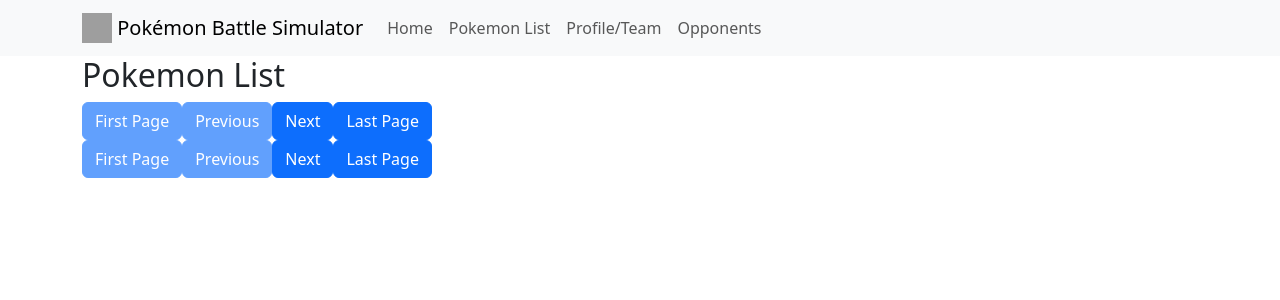
Repository: chsbca/Pokemon-Battle-Simulator
Page: /pokemon_list/ (app in front-end/)
An editor plug-in stored every save of this project. The page is shown before and after the next save, followed by the edit.
The browser window is 1280 px wide. The pictures show the whole page.
Pictures or frames that could not be fetched are drawn as grey boxes. The page's requests for data from a server got no answer. The project was rebuilt for these pictures with package versions that can differ from the ones it lists, and the page was loaded fresh each time. No one was signed in, and anything a server would have sent is missing. Also part of the build but not shown: front-end/vite.config.js, front-end/src/pages/Error404Page.jsx, front-end/src/pages/HomePage.jsx, front-end/src/pages/ProfilePage.jsx, front-end/src/pages/OpponentsPage.jsx.

Above is the page before, as saved 2024-04-11 11:57:43.

After the next save:
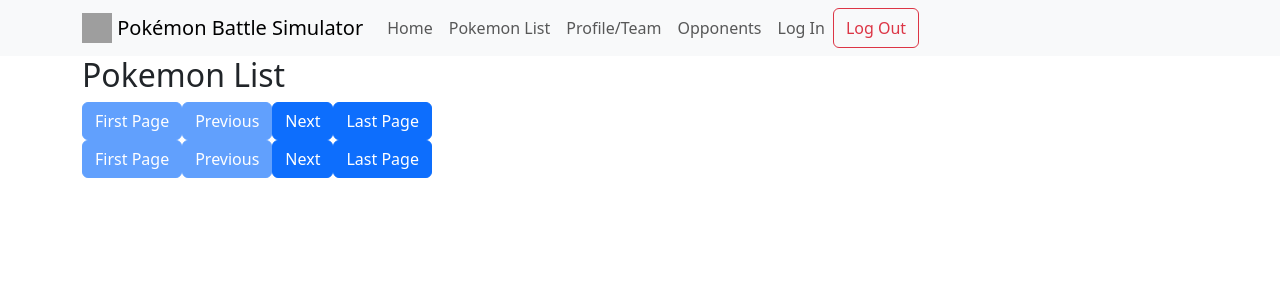
Saved 46 s later.
--- a/front-end/src/components/Navbar.jsx
+++ b/front-end/src/components/Navbar.jsx
@@ -34,8 +34,8 @@
                 <Nav.Link as={Link} to="pokemon_list/">Pokemon List</Nav.Link>
                 <Nav.Link as={Link} to="profile/">Profile/Team</Nav.Link>
                 <Nav.Link as={Link} to="opponents/">Opponents</Nav.Link>
-                {/* { user ? null : <Nav.Link as={Link} to="login/">Log In</Nav.Link>}
-                { !user ? null : <Button onClick={() => handleUserLogout()} variant="outline-danger">Log Out</Button>} */}
+                <Nav.Link as={Link} to="login/">Log In</Nav.Link>
+                <Button onClick={() => handleUserLogout()} variant="outline-danger">Log Out</Button>
               </Nav>
             </Navbar.Collapse>
           </Container>
